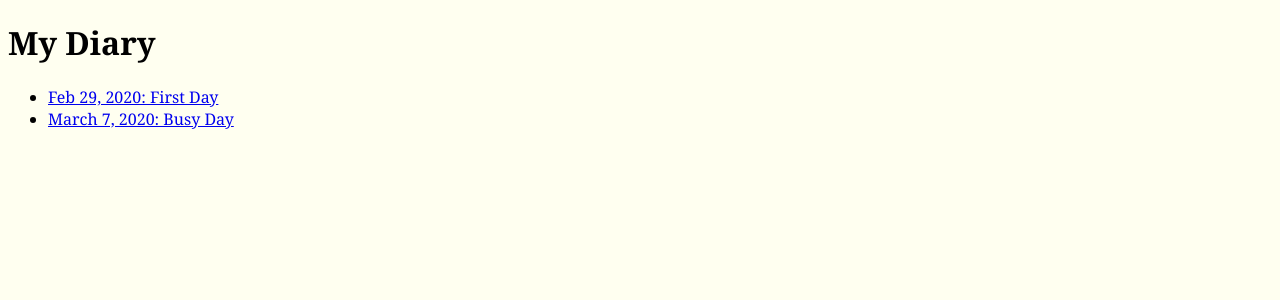
Repository: chocochocosensei/Mission-Exercises
Page: index.html
These files come from the project's save history. The page is drawn as it stood at one moment and after the next save; the edit follows.
The browser window is 1280 px wide. The pictures show the whole page.

Above is the page before, as saved 2020-03-11 03:49:28.

After the next save:
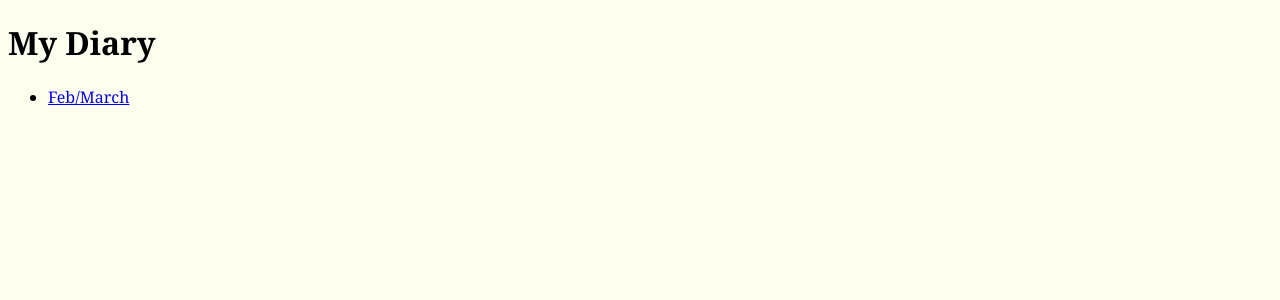
Saved 45 s later.
--- a/index.html
+++ b/index.html
@@ -12,10 +12,10 @@
     <h1>My Diary</h1>
     <ul>
         <li>
-            <a href="page1/index.html">Feb 29, 2020: First Day</a>
+            <a href="page1/index.html">Feb/March</a>
         </li>
-        <li><a href="page2/index.html">March 7, 2020: Busy Day</a></li>
-        <!-- <li><a href="page3/index.html">3rd try is a charm.</a></li> -->
+        <!--<li><a href="page2/index.html">April</a></li>
+         <li><a href="page3/index.html">3rd try is a charm.</a></li> -->
     </ul>
 </body>
 
